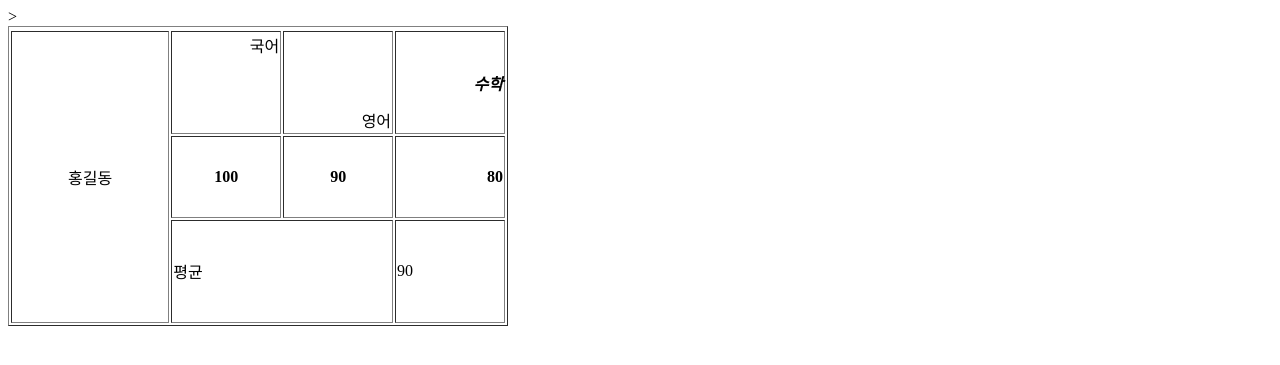
Repository: bjKim2/JSP
Page: HTML/src/main/webapp/Lec03.html
These files come from the project's save history. The page is drawn as it stood at one moment and after the next save; the edit follows.
The browser window is 1280 px wide. The pictures show the whole page.

Above is the page before, as saved 2022-03-15 02:28:01.

After the next save:
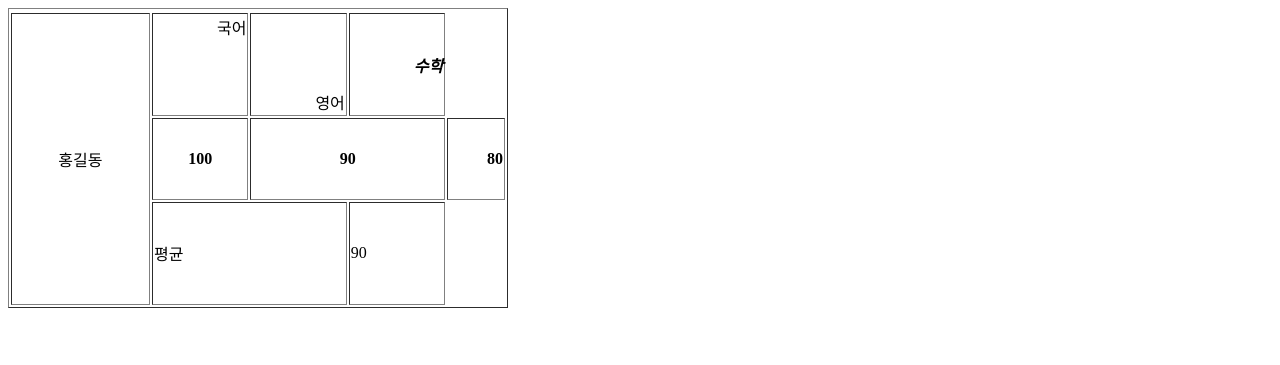
Saved 64 s later.
--- a/HTML/src/main/webapp/Lec03.html
+++ b/HTML/src/main/webapp/Lec03.html
@@ -11,14 +11,14 @@
 			</tr>
 
 			<tr align = "right">
-				<td rowspan = "3" align = "center" border = "2"> 홍길동 </td>>
+				<td rowspan = "3" align = "center"> 홍길동 </td>
 				<td valign = "top">국어</td>
 				<td valign = "bottom">영어</td>
 				<td valign = "middle"><i><b>수학</b></i></td>
 			</tr>
 			<tr>
 				<th >100</th>
-				<th align = "center">90</th>
+				<th rowspane = "2" colspan = "2" ,align = "center">90</th>
 				<th align = "right">80</th>
 
 			</tr>
